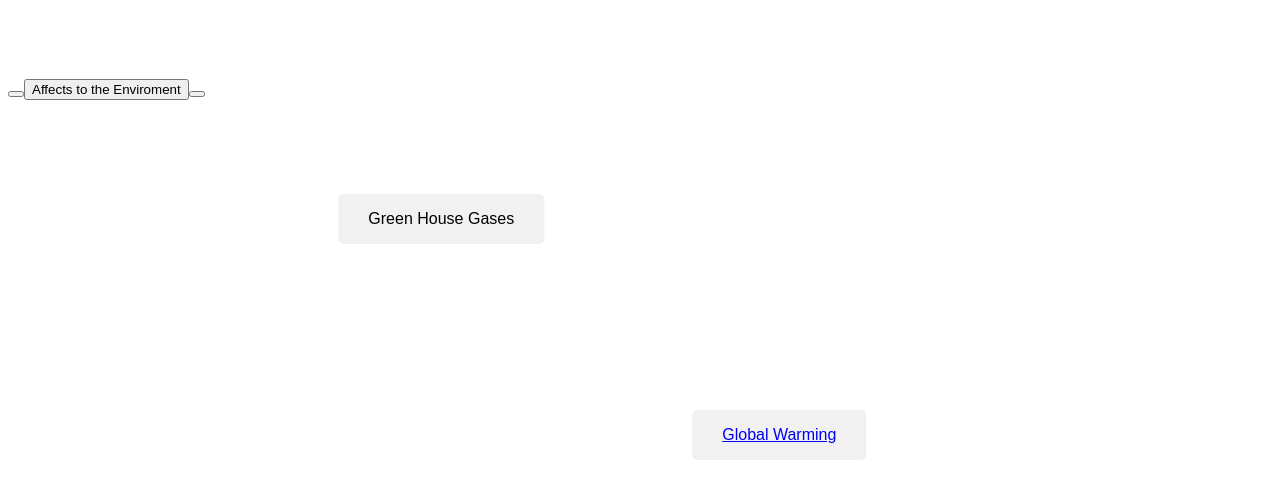
Repository: Alejandra-Pelayo/Alejandra-Pelayo.github.io
Page: 2.1.4/Example.html
The author's editor kept a record of every edit. The page is drawn from the files as they stood at one moment, then again after the next edit.
The browser window is 1280 px wide. The pictures show the whole page.

Above is the page before.

### 2.1.4/Example.html
<body>

<p><font size="20" color="white">Global Warming</font></p>


<link href="example.css" rel="stylesheet" type="text/css">

<button1>
    <a href="Enviromental.html">
      <button class="btn"> Global Warming<Button</button>
<button2>
    <a href = "Green_House.html">
      <button class ="btn2"> Green House Gases <Button/button>
<button3>
    <a href = "animals.html">
      <button class ="btn3"> Affects to the Enviroment <Button/button>



<div class="container">

### 2.1.4/example.css
img{
    position: fixed;
  top: 5;
  left: 5;

  /* Preserve aspet ratio */
  min-width: 100%;
  min-height: 100%;
}
/* Button Code*/
.btn{
  position: absolute;
  top: 50%;
  left: 50%;
  transform: translate(30%, 100%);
  -ms-transform: translate(-80%, -80%);
  background-color: #f1f1f1;
  color: black;
  font-size: 16px;
  padding: 16px 30px;
  border: none;
  cursor: pointer;
  border-radius: 5px;
  text-align: center;
}
.btn2{
    position: absolute;
  top: 20%;
  left: 20%;
  transform: translate(40%, 100%);
  -ms-transform: translate(-80%, -80%);
  background-color: #f1f1f1;
  color: black;
  font-size: 16px;
  padding: 16px 30px;
  border: none;
  cursor: pointer;
  border-radius: 5px;
  text-align: center;
}

After the next edit:
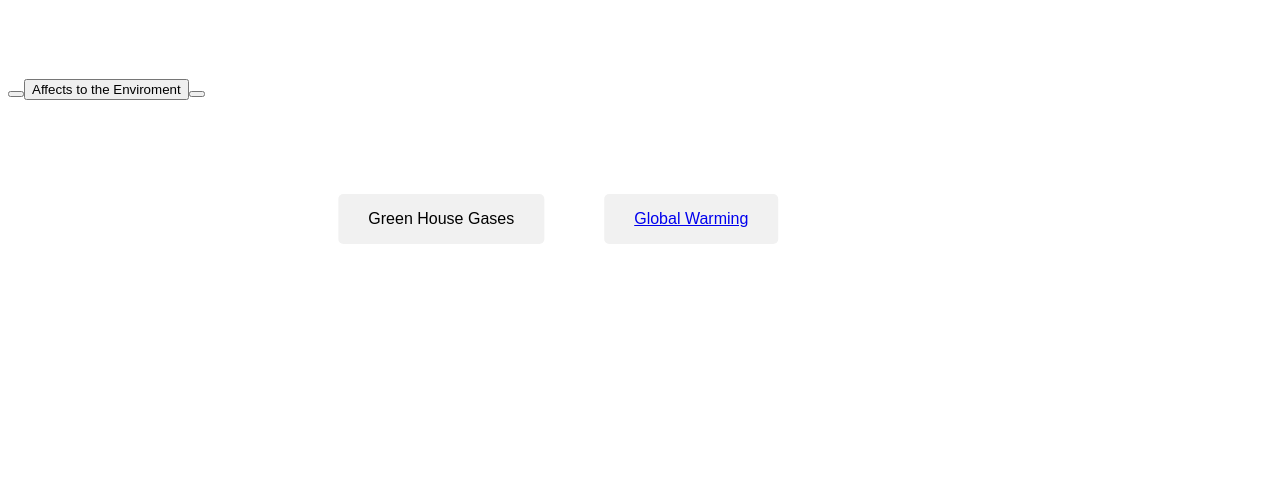
The edit:
--- a/2.1.4/example.css
+++ b/2.1.4/example.css
@@ -10,9 +10,9 @@
 /* Button Code*/
 .btn{
   position: absolute;
-  top: 50%;
-  left: 50%;
-  transform: translate(30%, 100%);
+  top: 20%;
+  left:20%;
+  transform: translate(200%, 100%);
   -ms-transform: translate(-80%, -80%);
   background-color: #f1f1f1;
   color: black;
